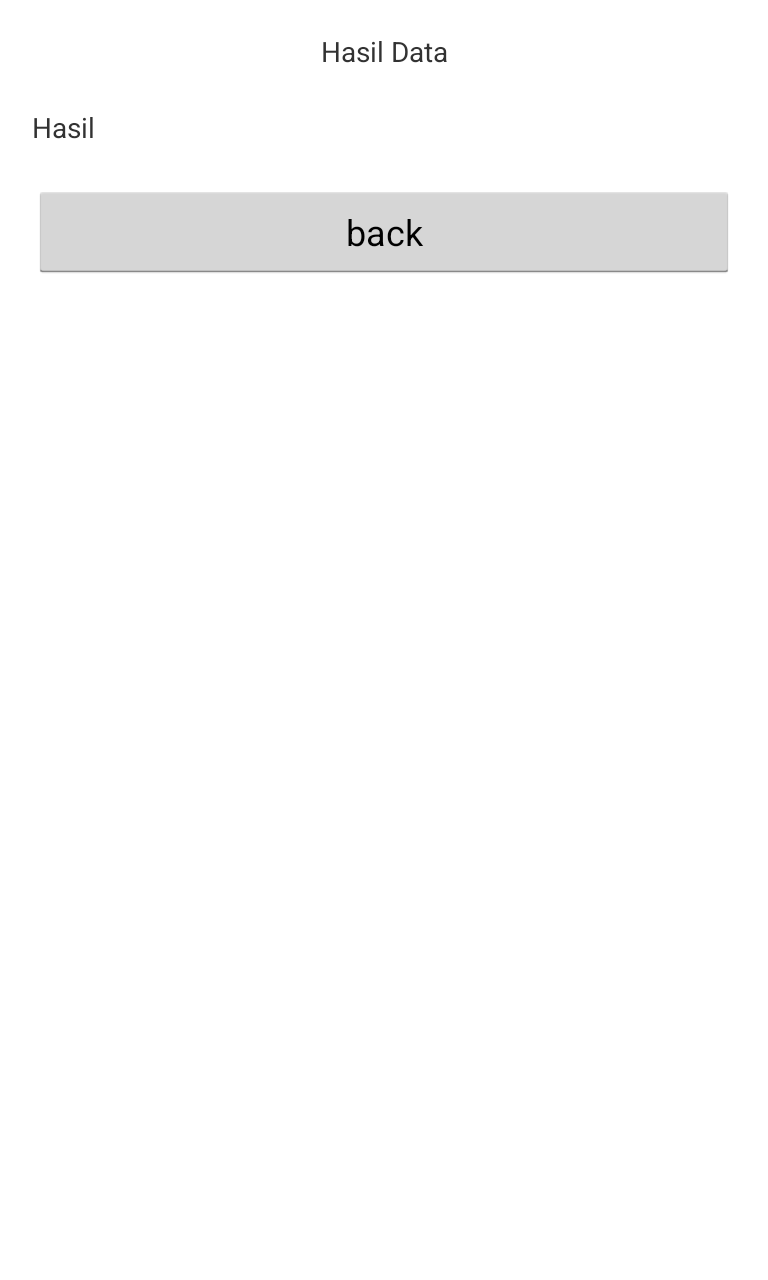
Repository: ikhsan-muhammad/mobile_programming
Layout: Kumpulan Project/Mobile_Muhammad_Ikhsan_19101152630175_IF5/res/layout/activity_page3.xml
The author's editor kept a copy of each file at every save. The layout is drawn from the files as they stood at one save, then again after the next save.
It is drawn on a 768 x 1280 px phone screen (xhdpi) without system bars, with theme AppTheme; the app's code is not run.

Above is the layout before, as saved 2022-07-13 02:02:08.

### Kumpulan Project/Mobile_Muhammad_Ikhsan_19101152630175_IF5/res/layout/activity_page3.xml
<RelativeLayout xmlns:android="http://schemas.android.com/apk/res/android"
    xmlns:tools="http://schemas.android.com/tools"
    android:layout_width="match_parent"
    android:layout_height="match_parent"
    android:paddingBottom="@dimen/activity_vertical_margin"
    android:paddingLeft="@dimen/activity_horizontal_margin"
    android:paddingRight="@dimen/activity_horizontal_margin"
    android:paddingTop="@dimen/activity_vertical_margin"
    tools:context=".Page3Activity" >

    <LinearLayout
        android:layout_width="match_parent"
        android:layout_height="wrap_content"
        android:layout_alignParentTop="true"
        android:orientation="vertical" >

        <TextView
            android:id="@+id/textView1"
            android:layout_width="match_parent"
            android:layout_height="wrap_content"
            android:gravity="center"
            android:text="Hasil Data" />

        <LinearLayout
            android:layout_width="match_parent"
            android:layout_height="wrap_content"
            android:orientation="vertical" >

            <TextView
                android:id="@+id/textView2"
                android:layout_width="match_parent"
                android:layout_height="wrap_content"
                android:text=" " />

            <LinearLayout
                android:layout_width="match_parent"
                android:layout_height="wrap_content"
                android:orientation="vertical" >

                <TextView
                    android:id="@+id/txt_hasil"
                    android:layout_width="match_parent"
                    android:layout_height="wrap_content"
                    android:text="Hasil" />

                <LinearLayout
                    android:layout_width="match_parent"
                    android:layout_height="wrap_content"
                    android:orientation="vertical" >

                    <TextView
                        android:id="@+id/textView3"
                        android:layout_width="match_parent"
                        android:layout_height="wrap_content"
                        android:text=" " />

                    <Button
                        android:id="@+id/btn_back"
                        android:layout_width="match_parent"
                        android:layout_height="wrap_content"
                        android:text="back" />

                </LinearLayout>

            </LinearLayout>

        </LinearLayout>

    </LinearLayout>

</RelativeLayout>

Loaded but not shown: Kumpulan Project/Mobile_Muhammad_Ikhsan_19101152630175_IF5/res/values/styles.xml (common file); Kumpulan Project/Mobile_Muhammad_Ikhsan_19101152630175_IF5/res/values-v11/styles.xml (common file); Kumpulan Project/Mobile_Muhammad_Ikhsan_19101152630175_IF5/res/values-v14/styles.xml (common file); Kumpulan Project/Mobile_Muhammad_Ikhsan_19101152630175_IF5/res/values/dimens.xml (common file)

After the next save:
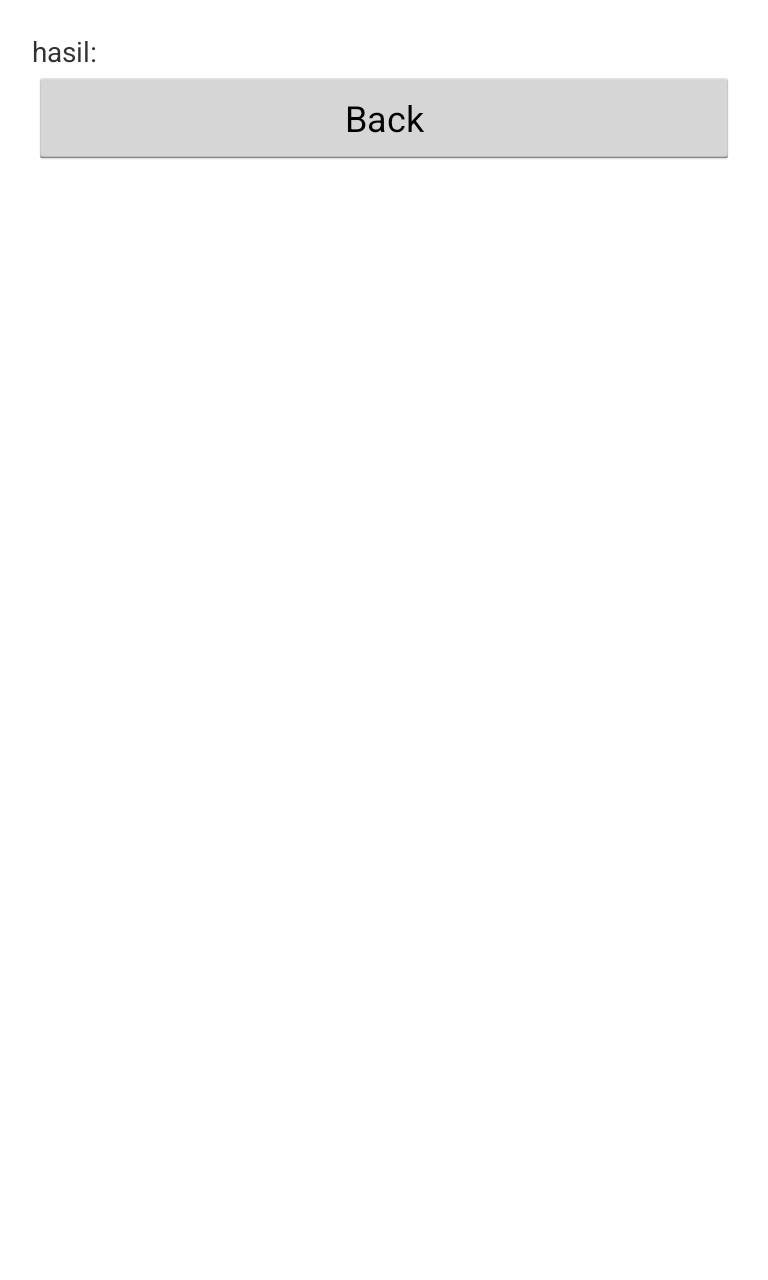
Saved 117 s later.
--- a/Kumpulan Project/Mobile_Muhammad_Ikhsan_19101152630175_IF5/res/layout/activity_page3.xml
+++ b/Kumpulan Project/Mobile_Muhammad_Ikhsan_19101152630175_IF5/res/layout/activity_page3.xml
@@ -11,58 +11,26 @@
     <LinearLayout
         android:layout_width="match_parent"
         android:layout_height="wrap_content"
+        android:layout_alignParentLeft="true"
         android:layout_alignParentTop="true"
         android:orientation="vertical" >
 
         <TextView
-            android:id="@+id/textView1"
+            android:id="@+id/txt_hasil"
             android:layout_width="match_parent"
             android:layout_height="wrap_content"
-            android:gravity="center"
-            android:text="Hasil Data" />
+            android:text="hasil:" />
 
         <LinearLayout
             android:layout_width="match_parent"
             android:layout_height="wrap_content"
             android:orientation="vertical" >
 
-            <TextView
-                android:id="@+id/textView2"
+            <Button
+                android:id="@+id/btn_back"
                 android:layout_width="match_parent"
                 android:layout_height="wrap_content"
-                android:text=" " />
-
-            <LinearLayout
-                android:layout_width="match_parent"
-                android:layout_height="wrap_content"
-                android:orientation="vertical" >
-
-                <TextView
-                    android:id="@+id/txt_hasil"
-                    android:layout_width="match_parent"
-                    android:layout_height="wrap_content"
-                    android:text="Hasil" />
-
-                <LinearLayout
-                    android:layout_width="match_parent"
-                    android:layout_height="wrap_content"
-                    android:orientation="vertical" >
-
-                    <TextView
-                        android:id="@+id/textView3"
-                        android:layout_width="match_parent"
-                        android:layout_height="wrap_content"
-                        android:text=" " />
-
-                    <Button
-                        android:id="@+id/btn_back"
-                        android:layout_width="match_parent"
-                        android:layout_height="wrap_content"
-                        android:text="back" />
-
-                </LinearLayout>
-
-            </LinearLayout>
+                android:text="Back" />
 
         </LinearLayout>
 
